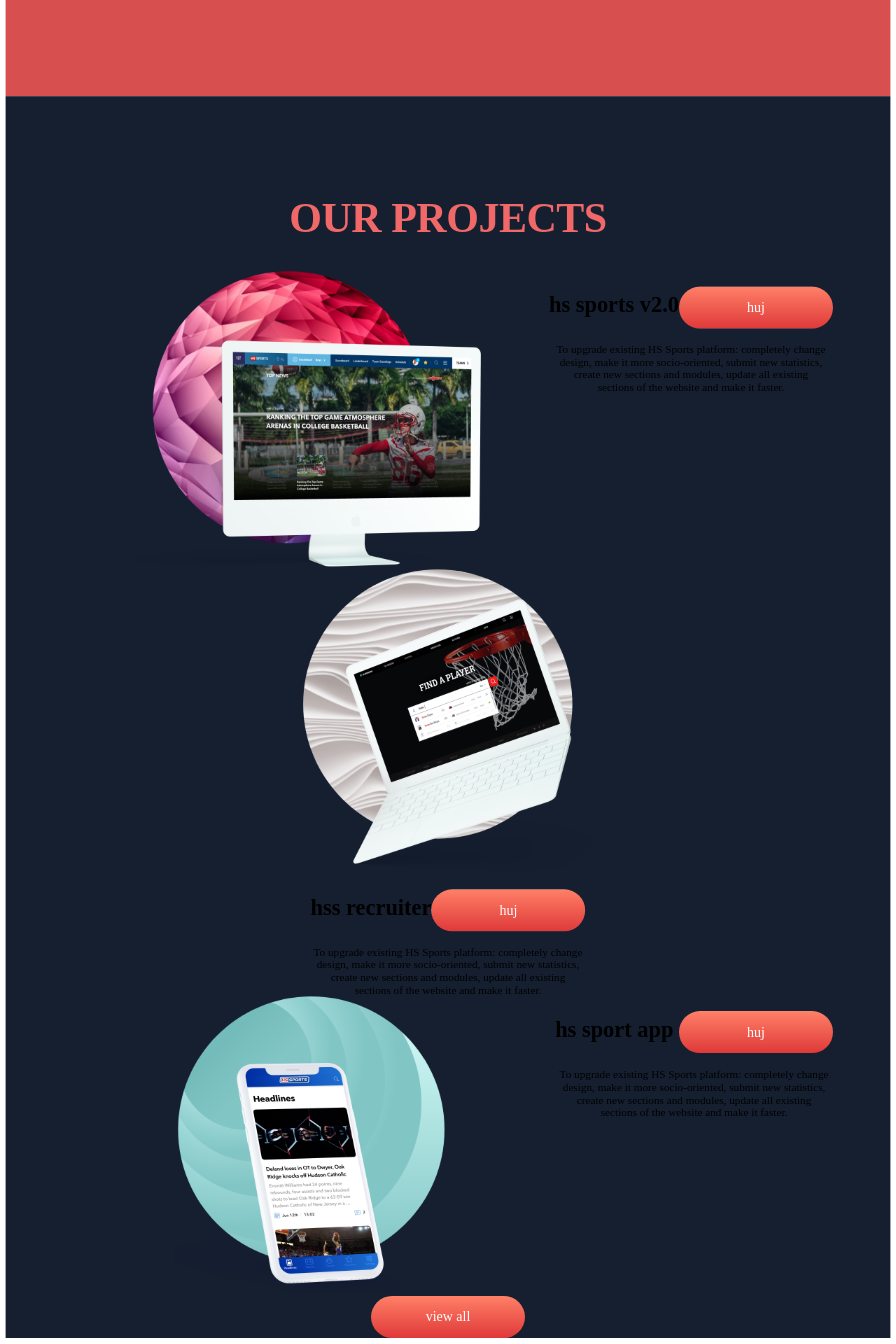
Repository: batonAnton/Ukiepro_girl
Page: MainPage.html
The author's editor kept a copy of each file at every save. The page is drawn from the files as they stood at one save, then again after the next save.
The browser window is 1280 px wide. The pictures show the part of the page from y = 3448 to 5368 px (the page is 5368 px tall before and 5338 px after), at 70% of full size.

Above is the page before, as saved 2020-03-30 16:04:51.

After the next save:
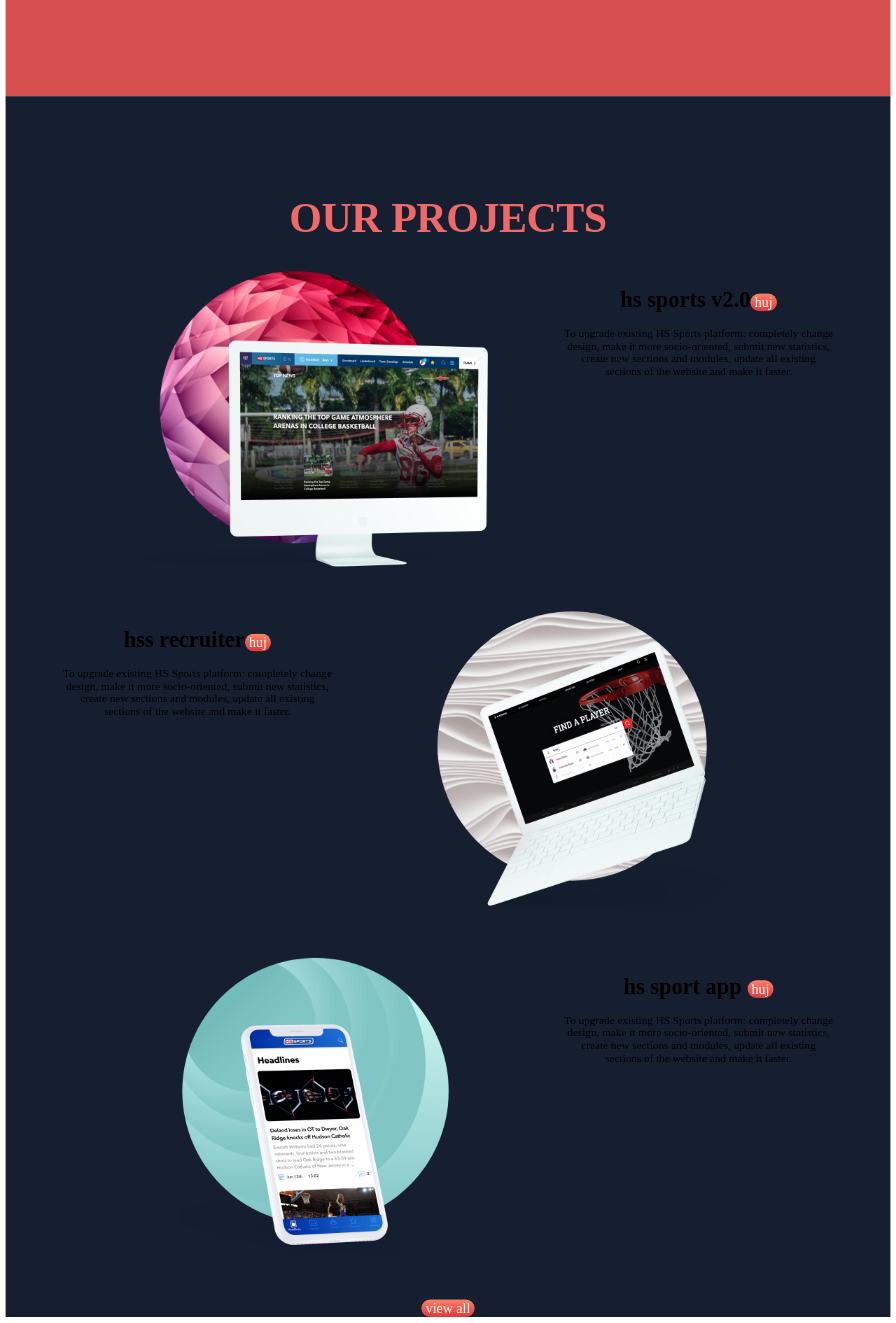
Saved 2 min 29 s later.
--- a/Css/style.css
+++ b/Css/style.css
@@ -330,14 +330,16 @@
 }
 
 .block3_same_block {
-  /* margin: auto; */
-  display: block
+  display: block;
+  margin-bottom:60px;
 }
 
 .block3_info{
   float: right;
 }
-block3_info_2
+.block3_info_2{
+  float: left;
+}
 
 .block3 button{
   width: auto;
